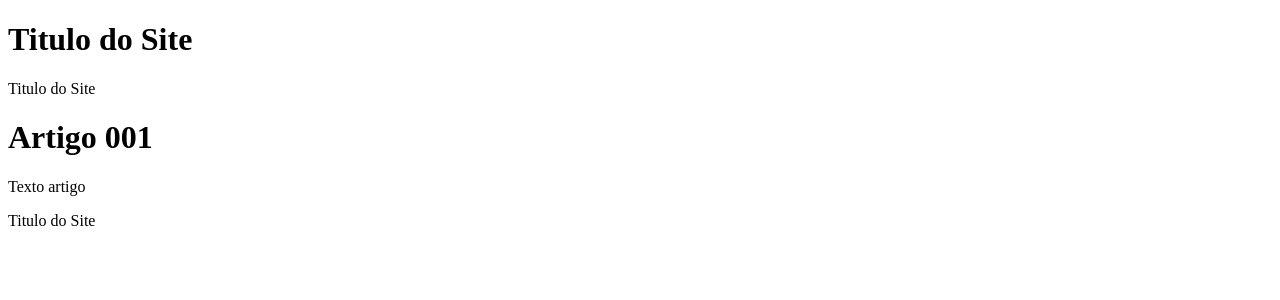
Repository: robertacristinaabreu01/projeto-siteGitHub
Page: index.html
The author's editor kept a copy of each file at every save. The page is drawn from the files as they stood at one save, then again after a run of saves.
The browser window is 1280 px wide. The pictures show the whole page.

Above is the page before, as saved 2021-01-23 21:09:16.

### index.html
<!DOCTYPE html>
<html lang="pt-br">
<head>
    <meta charset="UTF-8">
    <meta name="viewport" content="width=device-width, initial-scale=1.0">
    <title>Titulo do Site</title>
</head>
<body>
    <main>
        <header>
            <h1>Titulo do Site</h1>
        </header>
        <article>Titulo do Site</article>
        <h1>Artigo 001</h1>
        <p>Texto artigo</p>
        <article>Titulo do Site</article>

    </main>

</body>
</html>

After the next 2 saves:
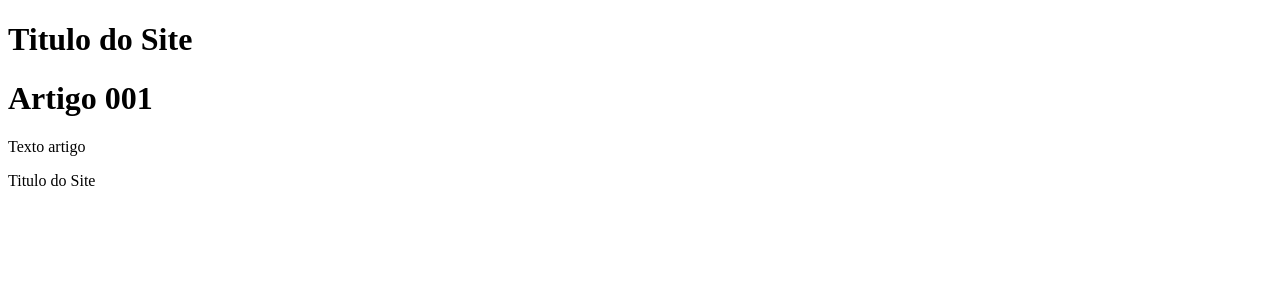
The 2 saves are shown as one change because they came seconds apart.
The last was saved 25 s later.
--- a/index.html
+++ b/index.html
@@ -10,7 +10,7 @@
         <header>
             <h1>Titulo do Site</h1>
         </header>
-        <article>Titulo do Site</article>
+        <article></article>
         <h1>Artigo 001</h1>
         <p>Texto artigo</p>
         <article>Titulo do Site</article>
